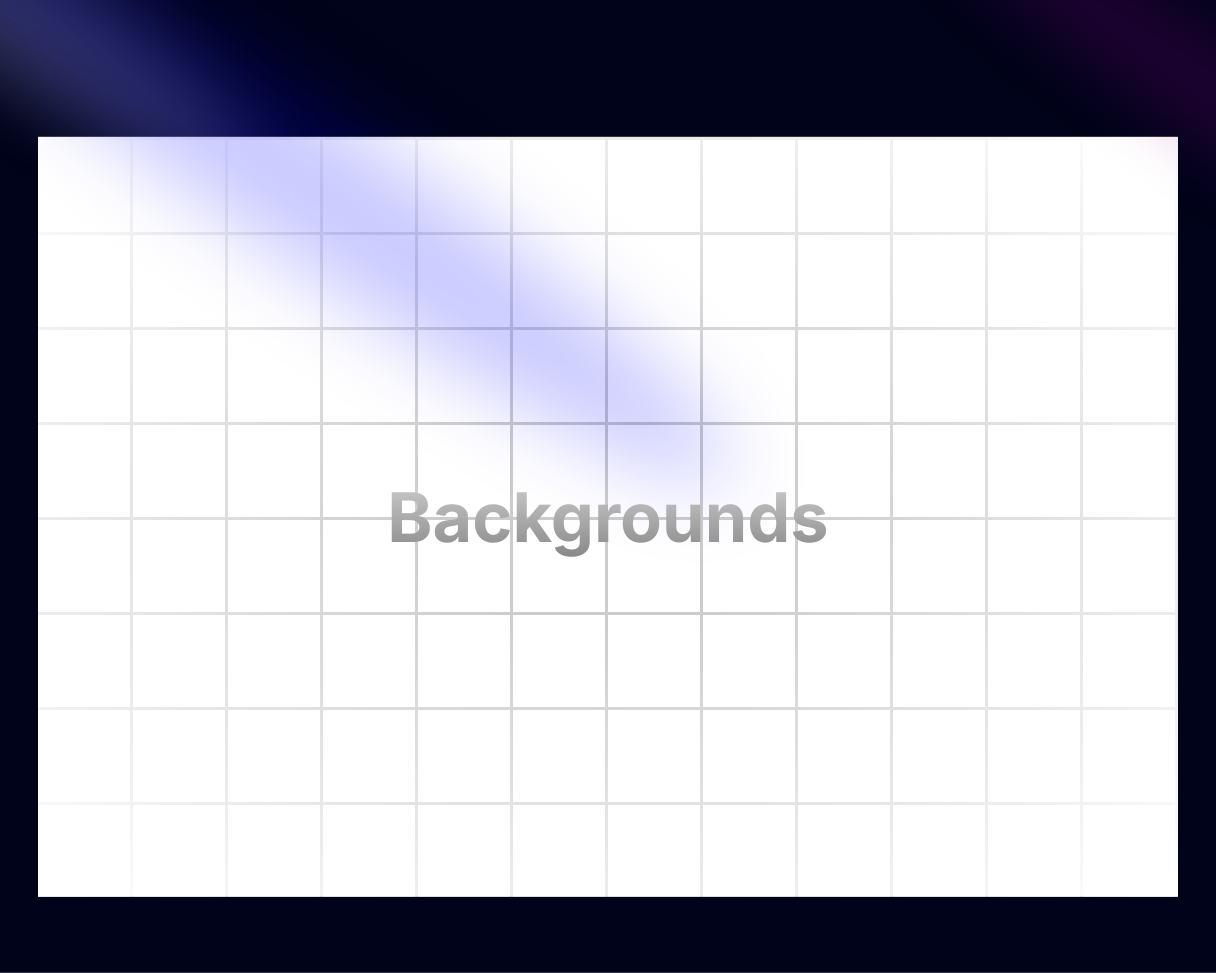
Repository: drsamame/portfolio.next
Page: /
An editor plug-in stored every save of this project. The page is shown before and after the next save, followed by the edit.
The browser window is 1280 px wide. The pictures show the whole page, at 95% of full size.
The project was rebuilt for these pictures with package versions that can differ from the ones it lists, and the page was loaded fresh each time. The framework's server and built-in components were replaced by stand-ins that run in the browser. Also part of the build but not shown: next.config.mjs.

Above is the page before, as saved 2024-07-01 17:37:25.

### app/layout.tsx
import type { Metadata } from "next";
import { Inter } from "next/font/google";
import "./globals.css";

const inter = Inter({ subsets: ["latin"] });

export const metadata: Metadata = {
  title: "Diego's Portfolio",
  description: "Modern & Minimalist JS Mastery Portfolio",
};

export default function RootLayout({
  children,
}: Readonly<{
  children: React.ReactNode;
}>) {
  return (
    <html lang="en">
      <body className={inter.className}>{children}</body>
    </html>
  );
}

### app/page.tsx
import Hero from "@/components/Hero";


export default function Home() {
  return (
    <main className="relative bg-black-100 flex justify-center items-center flex-col overflow-hidden mx-auto sm:px-10 px-5">
      <div className="max-w-7xl w-full">
        <Hero />
      </div>
    </main>
  );
}

### components/Hero.tsx
import React from 'react';
import { Spotlight } from '@/components/ui/Spotlight';

function Hero() {
	return (
		<div className="pb-20 pt-36">
			<div>
				{' '}
				<Spotlight
					className="-top-40 -left-10 md:-left-32 md:-top-20p h-screen"
					fill="white"
				/>
				<Spotlight
					className="top-10 left-full h-[80vh] w-[50vw]"
					fill="purple"
				/>
				<Spotlight className="top-28 left-80 h-[80-vh] w-[50vw]" fill="blue" />
			</div>
			<div className="h-[50rem] w-full dark:bg-black bg-white  dark:bg-grid-white/[0.2] bg-grid-black/[0.2] relative flex items-center justify-center">
				<div className="absolute pointer-events-none inset-0 flex items-center justify-center dark:bg-black bg-white [mask-image:radial-gradient(ellipse_at_center,transparent_20%,black)]"></div>
				<p className="text-4xl sm:text-7xl font-bold relative z-20 bg-clip-text text-transparent bg-gradient-to-b from-neutral-200 to-neutral-500 py-8">
					Backgrounds
				</p>
			</div>
		</div>
	);
}

export default Hero;

### components/ui/Spotlight.tsx
import React from "react";
import { cn } from "@/utils/cn";

type SpotlightProps = {
  className?: string;
  fill?: string;
};

export const Spotlight = ({ className, fill }: SpotlightProps) => {
  return (
    <svg
      className={cn(
        "animate-spotlight pointer-events-none absolute z-[1]  h-[169%] w-[138%] lg:w-[84%] opacity-0",
        className
      )}
      xmlns="http://www.w3.org/2000/svg"
      viewBox="0 0 3787 2842"
      fill="none"
    >
      <g filter="url(#filter)">
        <ellipse
          cx="1924.71"
          cy="273.501"
          rx="1924.71"
          ry="273.501"
          transform="matrix(-0.822377 -0.568943 -0.568943 0.822377 3631.88 2291.09)"
          fill={fill || "white"}
          fillOpacity="0.21"
        ></ellipse>
      </g>
      <defs>
        <filter
          id="filter"
          x="0.860352"
          y="0.838989"
          width="3785.16"
          height="2840.26"
          filterUnits="userSpaceOnUse"
          colorInterpolationFilters="sRGB"
        >
          <feFlood floodOpacity="0" result="BackgroundImageFix"></feFlood>
          <feBlend
            mode="normal"
            in="SourceGraphic"
            in2="BackgroundImageFix"
            result="shape"
          ></feBlend>
          <feGaussianBlur
            stdDeviation="151"
            result="effect1_foregroundBlur_1065_8"
          ></feGaussianBlur>
        </filter>
      </defs>
    </svg>
  );
};

Loaded but not shown: app/globals.css (common file); utils/cn.ts (common file); tailwind.config.ts (common file)

After the next save:
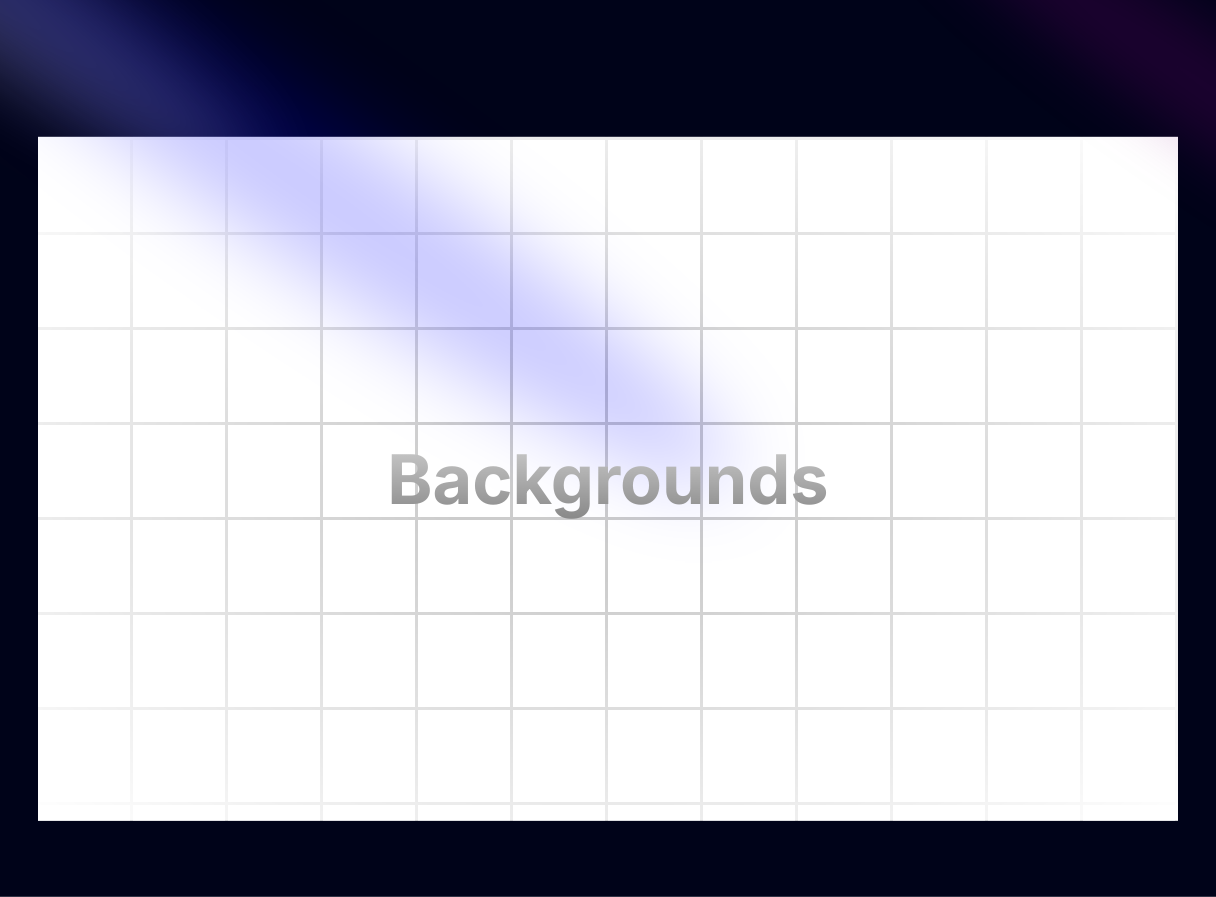
Saved 25 s later.
--- a/components/Hero.tsx
+++ b/components/Hero.tsx
@@ -16,7 +16,7 @@
 				/>
 				<Spotlight className="top-28 left-80 h-[80-vh] w-[50vw]" fill="blue" />
 			</div>
-			<div className="h-[50rem] w-full dark:bg-black bg-white  dark:bg-grid-white/[0.2] bg-grid-black/[0.2] relative flex items-center justify-center">
+			<div className="h-screen w-full dark:bg-black bg-white  dark:bg-grid-white/[0.2] bg-grid-black/[0.2] relative flex items-center justify-center">
 				<div className="absolute pointer-events-none inset-0 flex items-center justify-center dark:bg-black bg-white [mask-image:radial-gradient(ellipse_at_center,transparent_20%,black)]"></div>
 				<p className="text-4xl sm:text-7xl font-bold relative z-20 bg-clip-text text-transparent bg-gradient-to-b from-neutral-200 to-neutral-500 py-8">
 					Backgrounds
